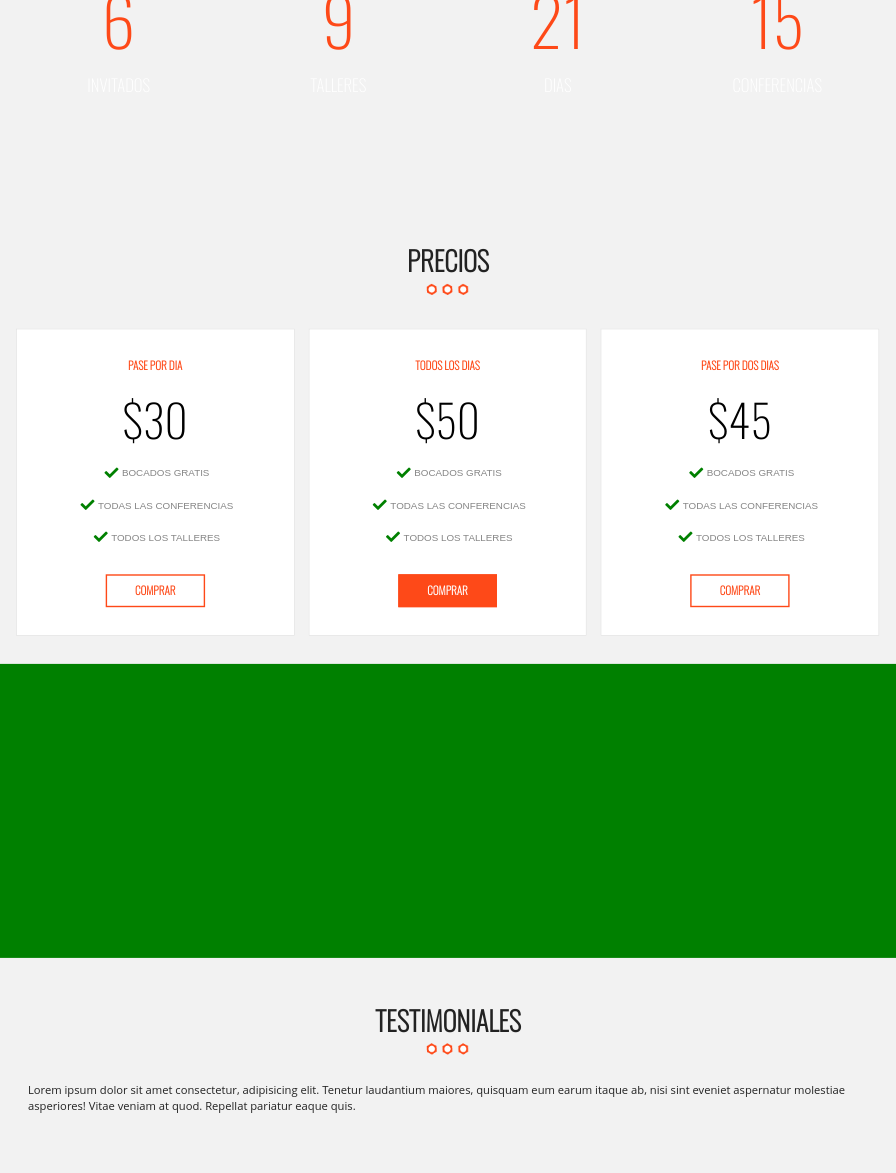
Repository: edgarhdzp/pagina-conferencias-reservaciones
Page: index.html
An editor plug-in stored every save of this project. The page is shown before and after a run of saves, followed by the edit.
The browser window is 1280 px wide. The pictures show the part of the page from y = 3088 to 5008 px (the page is 4764 px tall before and 5008 px after), at 70% of full size.

Above is the page before, as saved 2020-07-01 17:34:59.

After the next 3 saves:
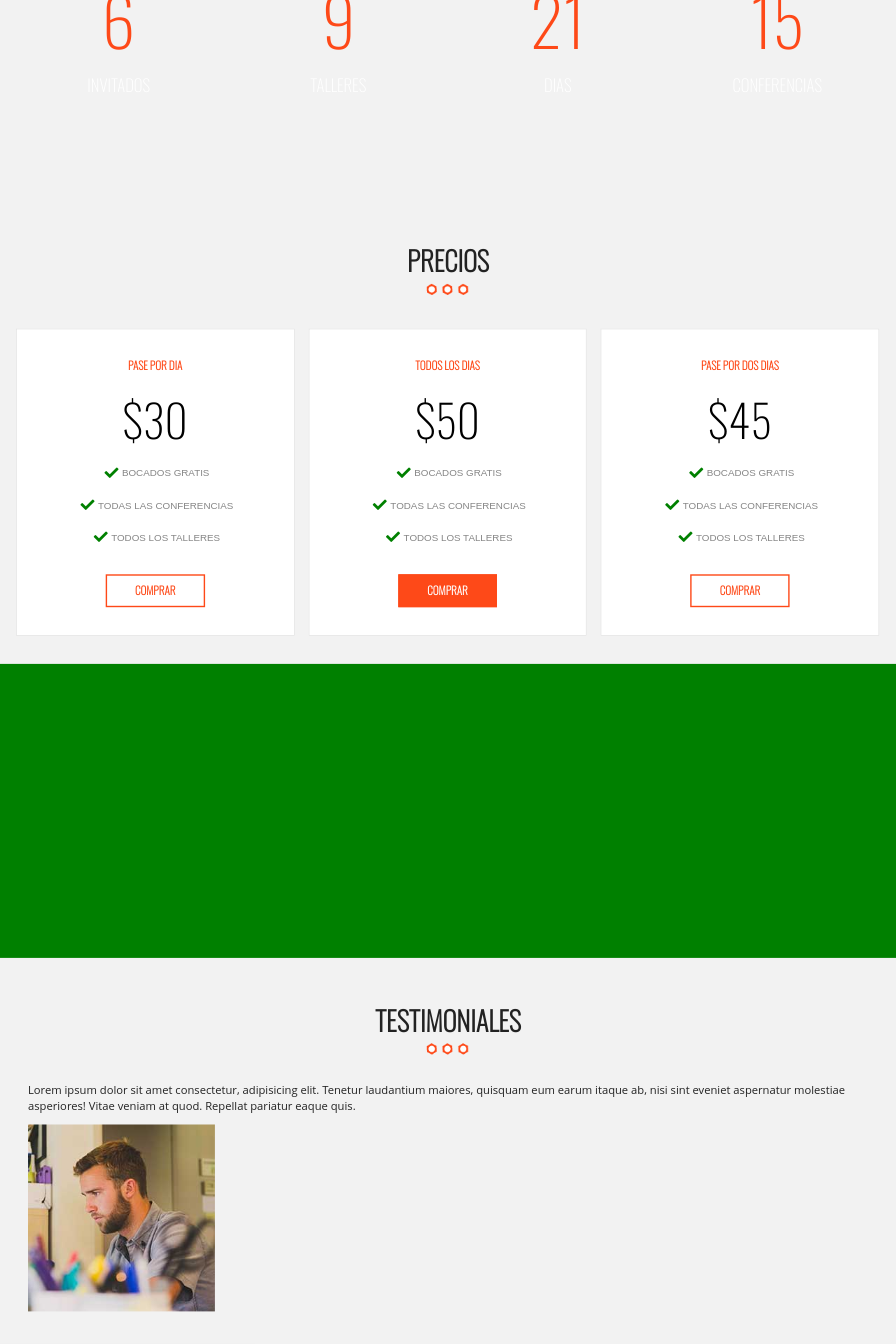
The 3 saves are shown as one change because they came seconds apart.
The last was saved 13 s later.
--- a/index.html
+++ b/index.html
@@ -227,7 +227,7 @@
             <blockquote>
                 <p>Lorem ipsum dolor sit amet consectetur, adipisicing elit. Tenetur laudantium maiores, quisquam eum earum itaque ab, nisi sint eveniet aspernatur molestiae asperiores! Vitae veniam at quod. Repellat pariatur eaque quis.</p>
                 <footer>
-                    <img src="" alt="">
+                    <img src="img/testimonial.jpg" alt="">
                 </footer>
             </blockquote>
         </div>
